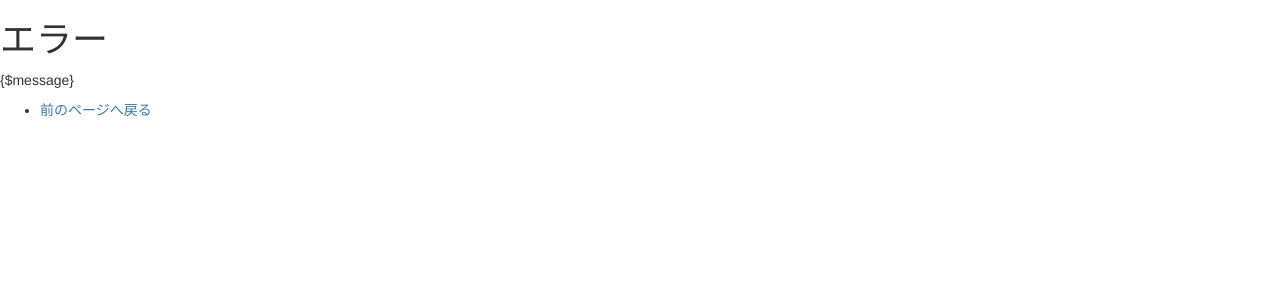
Repository: misakitaro/news-php-20160704-cl9
Page: templates/error.html
The author's editor kept a record of every edit. The page is drawn from the files as they stood at one moment, then again after the next edit.
The browser window is 1280 px wide. The pictures show the whole page.

Above is the page before.

After the next edit:
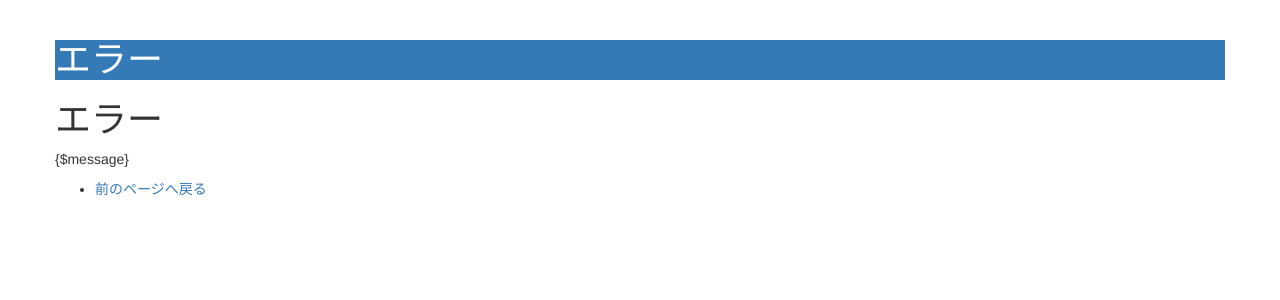
The edit:
--- a/templates/error.html
+++ b/templates/error.html
@@ -10,6 +10,10 @@
 <title>ニュース</title>
 </head>
 <body>
+      <div class="container" style="padding:20px 0">
+    <!-- タイトル -->
+    <h1 class="bg-primary">エラー</h1>
+
 <h1>エラー</h1>
 <p>{$message}</p>
 <ul>
